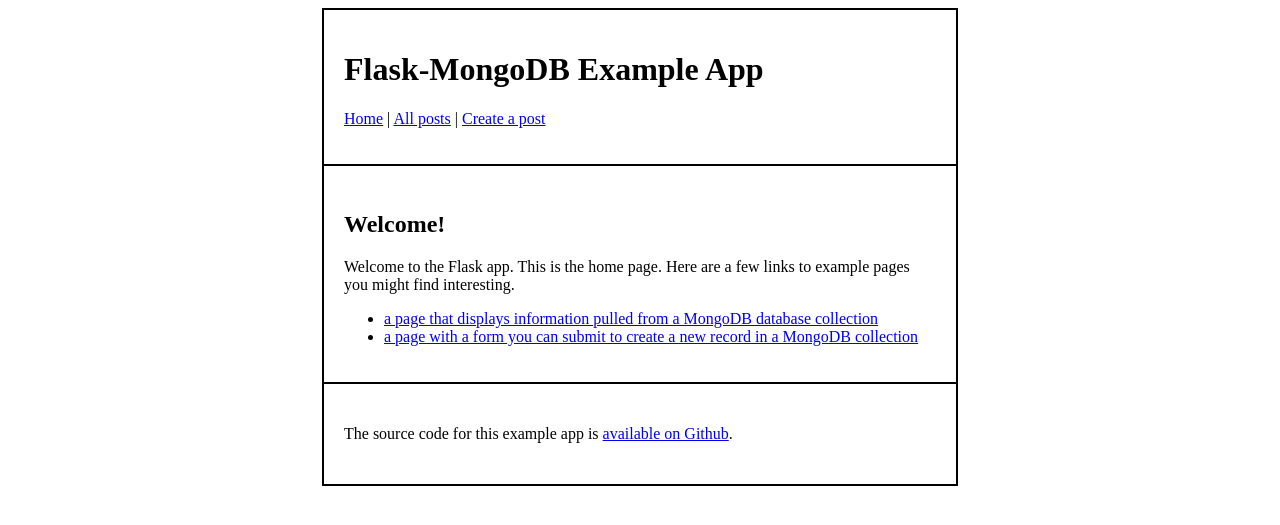
Repository: dbdesign-students-spring2024/7-web-app-dianachen1013
Page: http://localhost/
An editor plug-in stored every save of this project. The page is shown before and after the next save, followed by the edit.
The browser window is 1280 px wide. The pictures show the whole page.
The page is served by the project's application, run on Flask 3 (app.py).

Above is the page before, as saved 2024-04-15 14:34:27.

After the next save:
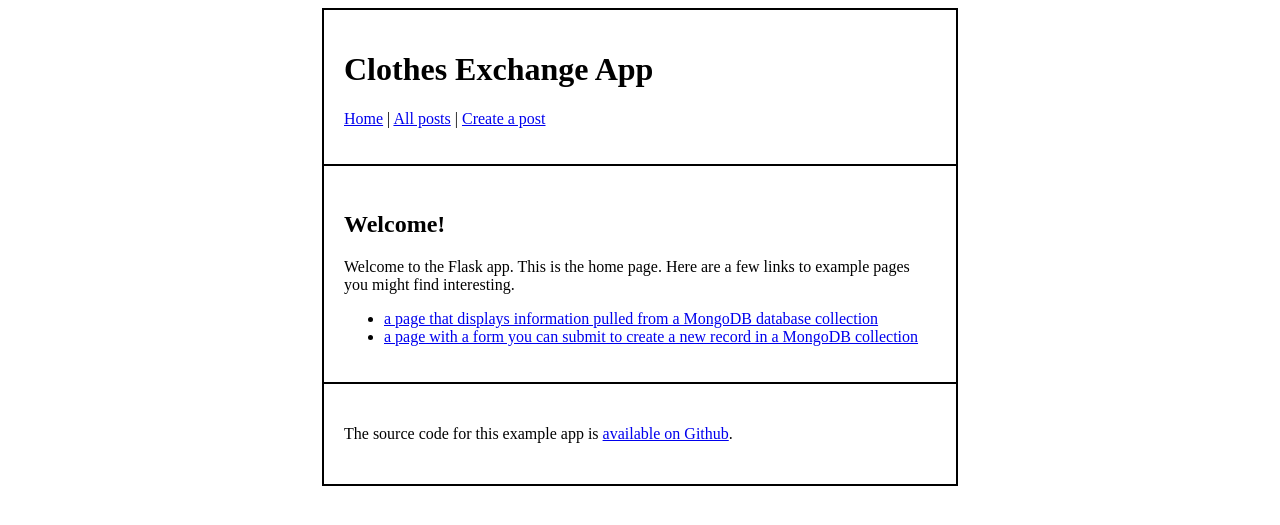
Saved 3 min 53 s later.
--- a/templates/base.html
+++ b/templates/base.html
@@ -10,7 +10,7 @@
   <body>
     <div class="container">
       <header>
-        <h1>Flask-MongoDB Example App</h1>
+        <h1>Clothes Exchange App</h1>
         <p>
           <a href="{{ url_for('home')}}">Home</a> |
           <a href="{{ url_for('read')}}">All posts</a> |
